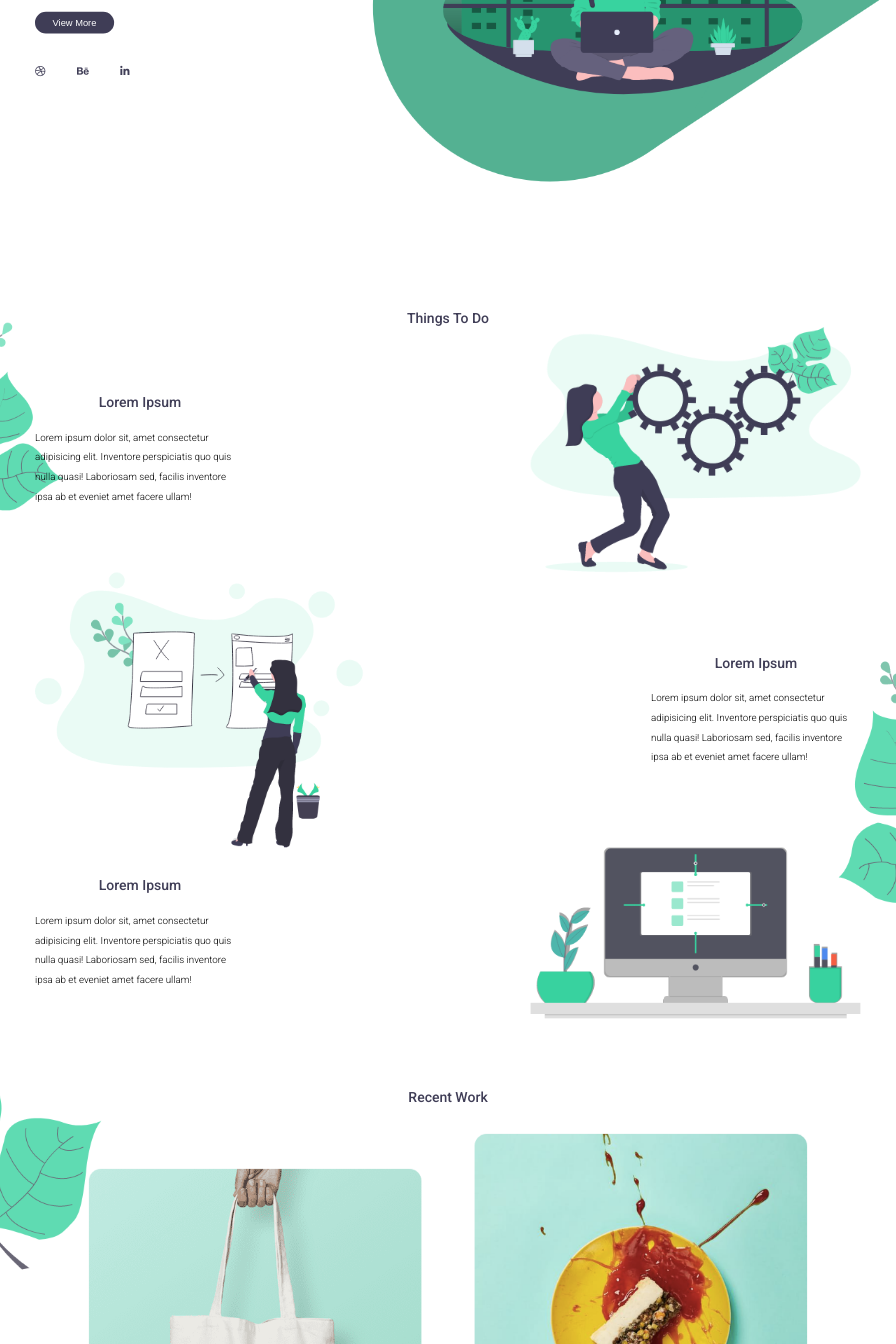
Repository: kebinh1235/porfolio-demo
Page: index.html
An editor plug-in stored every save of this project. The page is shown before and after the next save, followed by the edit.
The browser window is 1280 px wide. The pictures show the part of the page from y = 427 to 2347 px (the page is 3970 px tall), at 70% of full size.
Some web libraries are served in a nearby version.

Above is the page before, as saved 2021-10-21 13:39:39.

### index.html
<!DOCTYPE html>
<html lang="en">
<head>
  <meta charset="UTF-8">
  <meta http-equiv="X-UA-Compatible" content="IE=edge">
  <meta name="viewport" content="width=device-width, initial-scale=1.0">
  <title>Portfolio - 21/10/2021</title>
  <!--CSS-->
  <link rel="stylesheet" href="./css/style.css">
  <link href="https://unpkg.com/aos@2.3.1/dist/aos.css" rel="stylesheet">
</head>
<body>
  <div id="overlay"></div>
  <!-- header -->
  <header>
    <div class="container">
      <nav class="navbar">
        <!-- logo -->
        <div class="navbar__logo">
          <img src="./img/logo.svg" alt="Website logo">
        </div>
        <!-- links -->
        <ul class="navbar__list">
          <li class="navbar__item"><a href="#works" class="navbar__link">Home</a></li>
          <li class="navbar__item"><a href="#things" class="navbar__link">About</a></li>
          <li class="navbar__item"><a href="#works" class="navbar__link">Resume</a></li>
          <!-- <li class="navbar__item"><a href="#" class="navbar__link btn navbar__mobile-active">Contact Us</a></li> -->
          <a href="#footer"><button class="btn navbar__btn">Contact Us</button></a>
        </ul>
        <!-- menu mobile -->
        <div class="navbar__icons">
          <div class="navbar__icon"></div>
        </div>
      </nav>
    </div>
  </header>
  <!-- banner -->
  <section id="banner">
    <div class="container">
      <!-- img -->
      <div class="banner__img">
        <img src="./img/banner-img.png" alt="Of Women">
      </div>
      <!-- heading -->
      <div class="banner__heading">
        <h1>Hello I'm Lisa</h1>
        <p>Lorem ipsum dolor sit amet consectetur adipisicing elit. Sint totam possimus odio voluptates vitae quo repudiandae dolorum quibusdam eveniet eos!</p>
        <a href="#"><button class="btn banner__btn">View More</button></a>
        <div class="banner__social">
          <a href="#"><i class="fab fa-dribbble"></i></a>
          <a href="#"><i class="fab fa-behance"></i></a>
          <a href="#"><i class="fab fa-linkedin-in"></i></a>
        </div>
      </div>
    </div>
  </section>
  <!-- thing to do -->
  <section id="things">
    <div class="container">
      <!-- decoration -->
      <div class="things__dec">
        <img src="./img/things-dec-l.png" alt="">
      </div>
      <div class="things__dec">
        <img src="./img/things-dec-r.png" alt="">
      </div>
      <span>Things To Do</span>
      <!-- item 1 -->
      <div data-aos="fade-right" data-aos-easing="ease-in-sine" data-aos-duration="2500" class="things__item">
        <!-- img -->
        <img src="./img/things-item-1.png" alt="Of Women">
        <!-- heading -->
        <div class="things__item-heading">
          <span>Lorem Ipsum</span>
          <p>Lorem ipsum dolor sit, amet consectetur adipisicing elit. Inventore perspiciatis quo quis nulla quasi! Laboriosam sed, facilis inventore ipsa ab et eveniet amet facere ullam!</p>
        </div>
      </div>
      <!-- item 2 -->
      <div class="things__item">
        <!-- img -->
        <img src="./img/things-item-2.png" alt="Of Women">
        <!-- heading -->
        <div class="things__item-heading">
          <span>Lorem Ipsum</span>
          <p>Lorem ipsum dolor sit, amet consectetur adipisicing elit. Inventore perspiciatis quo quis nulla quasi! Laboriosam sed, facilis inventore ipsa ab et eveniet amet facere ullam!</p>
        </div>
      </div>
      <!-- item 3 -->
      <div class="things__item">
        <!-- img -->
        <img src="./img/things-item-3.png" alt="Of Women">
        <!-- heading -->
        <div class="things__item-heading">
          <span>Lorem Ipsum</span>
          <p>Lorem ipsum dolor sit, amet consectetur adipisicing elit. Inventore perspiciatis quo quis nulla quasi! Laboriosam sed, facilis inventore ipsa ab et eveniet amet facere ullam!</p>
        </div>
      </div>

    </div>
  </section>
  <!-- works -->
  <section id="works">
    <div class="container">
      <!-- decoration -->
      <div class="works__dec">
        <img src="./img/work-dec.png" alt="">
      </div>
      <div class="works__dec">
        <img src="./img/work-dec.png" alt="">
      </div>
      <span>Recent Work</span>
      <div class="works__img">
        <div class="works__img--single">
          <img src="./img/work-1.png" alt="">
        </div>
        <div class="works__img--single">
          <img src="./img/work-2.png" alt="">
        </div>
        <div class="works__img--single">
          <img src="./img/work-3.png" alt="">
        </div>
        <div class="works__img--single">
          <img src="./img/work-4.png" alt="">
        </div>
      </div>
      <div class="works__btn">
        <a href="#">
          <button class="btn">View Works</button>
        </a>
      </div>
    </div>
  </section>
  <!-- footer -->
  <footer id="footer">
    <div class="container">
      <!-- dec -->
      <div class="footer__dec">
        <img src="./img/things-dec-l.png" alt="">
      </div>
      <div class="footer__img">
        <img src="./img/footer-img.png" alt="">
      </div>
      <div class="footer__heading">
        <span>Ready to make some amazing?</span>
        <!-- contact -->
        <div class="footer__contacts">
          <a href="tel:0909968292">
            <i class="fas fa-phone-alt"></i>
            <p>0909.96.82.92</p>
          </a>
          <a href="mailto:kebinh1235@gmail.com">
            <i class="fas fa-envelope"></i>
            <p>kebinh1235@gmail.com</p>
          </a>
        </div>
        <div class="banner__social">
          <a href="#"><i class="fab fa-dribbble"></i></a>
          <a href="#"><i class="fab fa-behance"></i></a>
          <a href="#"><i class="fab fa-linkedin-in"></i></a>
        </div>
      </div>
    </div>
  </footer>
  <!--Font awesome-->
  <script src="https://kit.fontawesome.com/5d1e581bbe.js" crossorigin="anonymous"></script>
  <!--JS-->
  <script src="./js/main.js"></script>
  <script src="https://unpkg.com/aos@2.3.1/dist/aos.js"></script>
  <script>
    AOS.init();
  </script>
</body>
</html>

### css/style.css
@import url('https://fonts.googleapis.com/css2?family=Roboto:wght@300;500&display=swap');
:root {
  --green: #54B192;
  --green-l: #A4CEC0;
  --gray: #3F3D56;
  --white: #fff;
  --smooth: all .3s linear;
}
* {
  margin: 0;
  padding: 0;
  box-sizing: border-box;
  list-style-type: none;
  text-decoration: none;
}
html {
  scroll-behavior: smooth;
  font-size: 62.5%;
}
body {
  font-family: "Roboto", sans-serif;
}
img {
  max-width: 100%;
  width: 100%;
}
#overlay {
  position: fixed;
  inset: 0;
  background: rgb(0,0,0,0.4);
  z-index: 4;
  display: none;
}
#overlay.show {
  display: initial;
}
.container {
  max-width: 1200px;
  width: 100%;
  margin: 0 auto;
  padding: 0 10px;
}
.btn {
  text-align: center;
  background: var(--gray);
  color: var(--white);
  padding: .8rem 2.5rem;
  border: none;
  border-radius: 100px;
  cursor: pointer;
  transition: var(--smooth);
}
.btn:hover {
  background: var(--green-l);
  transition: var(--smooth);
}
/*header*/
header {
  position: absolute;
  width: 100%;
}
.navbar {
  display: flex;
  justify-content: space-between;
  align-items: center;
  padding: 20px 0;
}
.navbar__logo {
  width: 57px;
  height: 57px;
  object-fit: cover;
}
.navbar__logo img {
  width: 100%;
}
.navbar__list{
  position: fixed;
  top: 0;
  left: 0;
  bottom: 0;
  background: var(--gray);
  width: 60%;
  max-width: 100%;
  transform: translateX(-100%);
  opacity: 0;
  transition: var(--smooth);
  z-index: 10;
}
.navbar__list.navbar__open {
  transform: translateX(0);
  opacity: 1;
}
.navbar__link{
  padding: 20px;
  font-size: 1.4rem;
  display: block;
  color: var(--white);
}
.navbar__link:hover {
  color: var(--green);
  transition: var(--smooth);
}
.navbar__btn{
  font-size: 1.4rem;
  margin: 20px;
  background: var(--green);
}
/*Menu icon*/
.navbar__icons{
  display: flex;
  justify-content: center;
  align-items: center;
  width: 50px;
  height: 50px;
  cursor: pointer;
  transition: var(--smooth);
  z-index: 10;
}
.navbar__icon{
  width: 40px;
  height: 6px;
  border-radius: 5px;
  background: var(--gray);
  position: relative;
  transition: var(--smooth);
}
.navbar__icon:before,
.navbar__icon:after {
  content: '';
  position: absolute;
  width: 40px;
  height: 6px;
  border-radius: 5px;
  background: var(--gray);
  transition: var(--smooth);
}
.navbar__icon:before {
  transform: translateY(-12px)
}
.navbar__icon:after {
  transform: translateY(12px)
}
/* menu icon animation */
.open .navbar__icon {
  transform: translateX(-50px);
  background: transparent;
}
.open .navbar__icon:before {
  transform: rotate(45deg) translate(35px, -35px);
}
.open .navbar__icon:after {
  transform: rotate(-45deg) translate(35px, 35px);
}
@media screen and (min-width: 992px) {
  .navbar__list {
    display: flex;
    justify-content: flex-end;
    align-items: center;
    transform: translateX(0);
    position: initial;
    opacity: 1;
    background: transparent;
  }
  .navbar__link {
    color: var(--gray);
  }
  .navbar__btn {
    background: var(--gray);
  }
  .navbar__icons {
    display: none;
  }
}

/* banner */
#banner {
  position: relative;
  height: 100vh;
  display: flex;
  align-items: center;
}
.banner__img {
  position: absolute;
  top: 0;
  right: 0;
  z-index: -1;
}
.banner__heading {
  max-width: 300px;
  margin: 0 auto;
  text-align: center;
}
.banner__heading h1 {
  font-size: 2rem;
  padding-top: 4em;
  margin-bottom: .8em;
}
.banner__heading p {
  font-weight: 300;
  line-height: 2em;
  margin-bottom: 1.5em;
  font-size: 1.5rem;
}
.banner__social {
  display: flex;
  align-items: center;
  justify-content: space-evenly;
  margin-top: 3em;
  font-size: 1.5rem;
}
.banner__social a {
  color: var(--gray);
  transition: var(--smooth);
}
.banner__social a:hover {
  color: var(--green-l);
}

@media (min-width: 992px) {
    .banner__img {
      width: 60%;
    }
    .banner__heading {
      text-align: initial;
      margin: 0;
      padding-top: 0;
    }
    .banner__social {
      justify-content: flex-start;
    }
    .banner__social a {
      margin-right: 45px;
    }
}

/* thing to do */
#things {
  position: relative;
  overflow-x: hidden;
}
#things span {
  font-size: 2rem;
  color: var(--gray);
  text-align: center;
  display: block;
}
.things__dec {
  position: absolute;
  top: 0;
  left: 0;
  transform: translateX(-60%);
  z-index: -1;
}
.things__dec:nth-child(2) {
  position: absolute;
  top: initial;
  left: initial;
  bottom: 10%;
  right: 0;
  transform: translateX(60%);
  z-index: -1;
}
.things__item span {
  display: block;
  text-align: center;
  color: var(--gray);
  margin-bottom: .5em;
  font-size: 2rem;
}
.things__item {
  margin: 3em 0;
}
.things__item img {
  padding-bottom: 4em;
}
.things__item--heading {
  text-align: center;
  color: var(--gray);
}
.things__item-heading p {
  max-width: 300px;
  font-weight: 300;
  line-height: 2em;
  margin: 0 auto;
  padding-top: 1em;
  font-size: 1.4rem;
}

@media (min-width: 992px) {
  #things {
    margin-top: 15em;
  }
  .things__item {
    display: flex;
    justify-content: space-between;
    align-items: center;
    margin: 0;
  }
  .things__item img {
    width: 40%;
    padding: 0;
  }
  .things__item--heading {
    width: 45%;
    text-align: initial;
  }
  .things__item span {
    text-align: initial;
  }
  .things__item--heading p {
    max-width: 500px;
    margin: 0;
  }
  .things__item:nth-child(even) img {
    order: 2;
    width: 40%;
    padding-bottom: 0;
  }
  .things__item--heading:nth-child(even) {
    order: 1;
    width: 45%;
    text-align: initial;
  }
}

/* works */
#works {
  position: relative;
  overflow-x: hidden;
  padding-top: 10em;
}
.works__dec {
  position: absolute;
  top: 0;
  left: 0;
  transform: translateX(-60%);
  z-index: -1;
}
.works__dec:nth-child(2) {
  position: absolute;
  top: initial;
  left: initial;
  bottom: 15%;
  right: 0;
  transform: translateX(60%);
  z-index: -1;
}
#works span {
  font-size: 2rem;
  text-align: center;
  display: block;
  color: var(--gray);
}
.works__img--single {
  margin: 2em 0;
}
.works__img--single:nth-child(odd) {
  padding-top: 5em;
}
.works__img--single:nth-child(3) {
  margin-top: -5em;
}
.works__btn {
  text-align: center;
  margin-top: 2em;
}

@media (min-width: 992px) {
  .works__img {
    display: flex;
    justify-content: space-evenly;
    flex-wrap: wrap;
    }
    .works__img--single {
      margin: 0;
    }
    .works__img--single:nth-child(3) {
      margin-top: 0;
    }
    #works span {
      margin-bottom: 2em;
    }
}

/* footer */
#footer {
  position: relative;
  overflow-x: hidden;
  height: 100vh;
  width: 100vw;
  display: flex;
  align-items: center;
}
.footer__dec {
  position: absolute;
  bottom: 0;
  left: 0;
  transform: translateX(-45%);
  z-index: -1;
}
.footer__img{
  position: absolute;
  top: 0;
  right: 0;
  transform: translateX(25%);
  z-index: -1;
}
.footer__heading{
  text-align: center;
  color: var(--gray);
  max-width: 400px;
  margin: 0 auto;
}
.footer__heading span {
  font-size: 2rem;
}
.footer__contacts{
  margin-top: 2em;
  display: flex;
  justify-content: space-evenly;
}
.footer__contacts a {
  color: var(--gray);
  font-size: 1.3rem;
}
@media (min-width: 992px) {
  .footer__img {
    top: -15%;
    right: 0;
    transform: translateX(32%);
    width: 60%;
  }
  .footer__heading {
    text-align: initial;
    margin: 0;
  }
  .footer__contacts {
    display: flex;
    justify-content: space-between;
    align-items: center;
  }
  .footer__contacts a {
    font-size: 1.6rem;
  }
}

### js/main.js
const menu = document.querySelector('.navbar__list');
const menuIcon = document.querySelector('.navbar__icons')
const overlay = document.querySelector("#overlay")

menuIcon.addEventListener('click', () =>{
  menu.classList.toggle('navbar__open');
  menuIcon.classList.toggle('open');
  overlay.classList.toggle('show');
})
overlay.addEventListener('click', () =>{
  menu.classList.toggle('navbar__open');
  menuIcon.classList.toggle('open');
  overlay.classList.toggle('show');
})

After the next save:
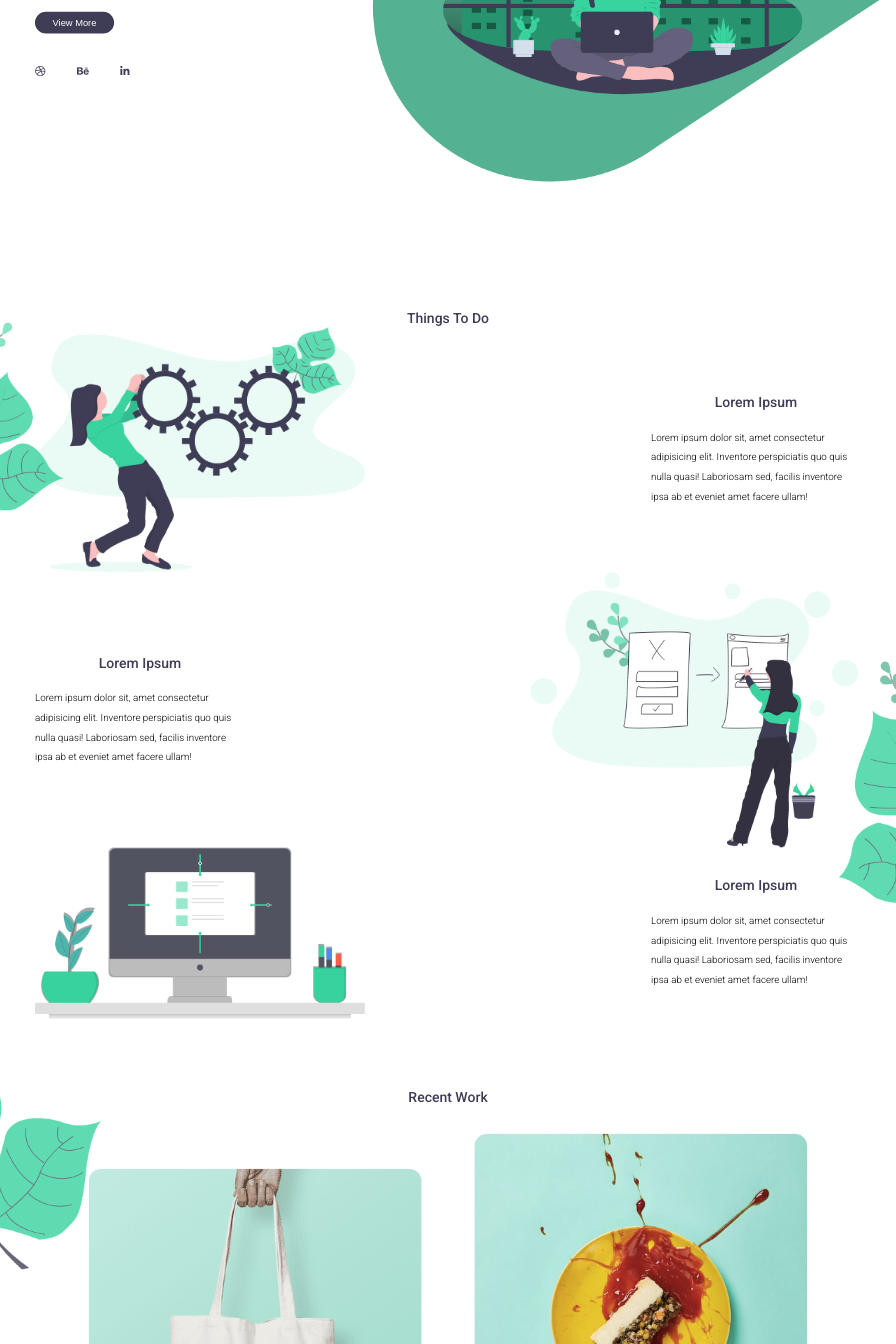
Saved 45 s later.
--- a/css/style.css
+++ b/css/style.css
@@ -311,12 +311,12 @@ header {
     max-width: 500px;
     margin: 0;
   }
-  .things__item:nth-child(even) img {
+  .things__item:nth-child(odd) img {
     order: 2;
     width: 40%;
     padding-bottom: 0;
   }
-  .things__item--heading:nth-child(even) {
+  .things__item--heading:nth-child(odd) {
     order: 1;
     width: 45%;
     text-align: initial;
